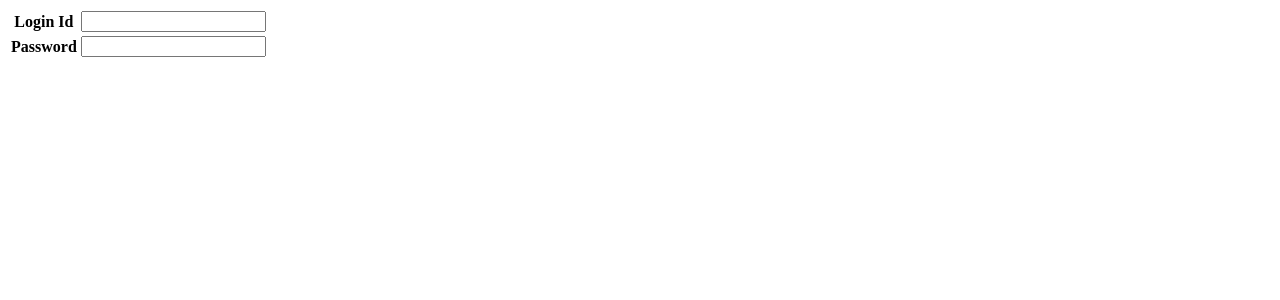
Repository: Ajay12Ajay/Advance_Java
Page: http://localhost/Advance_Web_Project/LoginView.jsp
The author's editor kept a copy of each file at every save. The page is drawn from the files as they stood at one save, then again after the next save.
The browser window is 1280 px wide. The pictures show the whole page.
The page is served by Tomcat 9. Other server files are loaded and not shown.

Above is the page before, as saved 2025-07-24 09:39:38.

### Advance_Java/Advance_Web_Project/WebContent/LoginView.jsp
<%@ page language="java" contentType="text/html; charset=UTF-8"
	pageEncoding="UTF-8"%>
<!DOCTYPE html>
<html>
<head>
<meta charset="UTF-8">
<title>Insert title here</title>
</head>
<body>

	<table>
		<tr>
			<th>Login Id</th>
			<td><input type="text" name="loginId"></td>
		</tr>

		<tr>
			<th>Password</th>
			<td><input type="text" name="password"></td>
		</tr>
	</table>

</body>
</html>

After the next save:
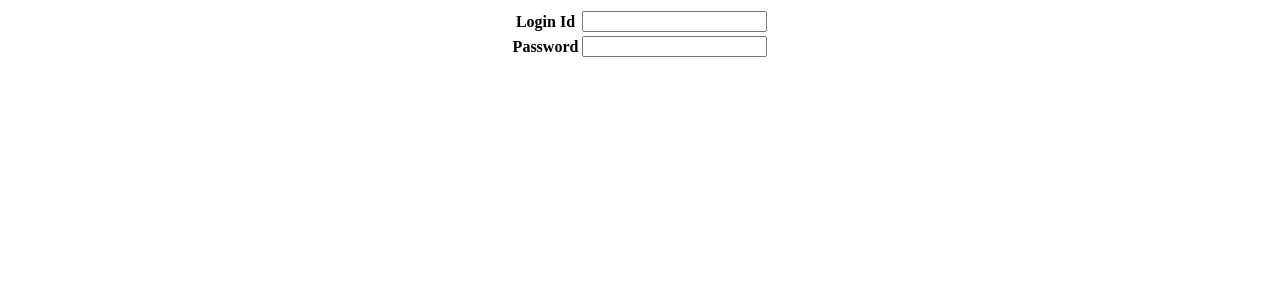
Saved 64 s later.
--- a/Advance_Java/Advance_Web_Project/WebContent/LoginView.jsp
+++ b/Advance_Java/Advance_Web_Project/WebContent/LoginView.jsp
@@ -8,17 +8,19 @@
 </head>
 <body>
 
-	<table>
-		<tr>
-			<th>Login Id</th>
-			<td><input type="text" name="loginId"></td>
-		</tr>
+	<div align="center">
+		<table>
+			<tr>
+				<th>Login Id</th>
+				<td><input type="text" name="loginId"></td>
+			</tr>
 
-		<tr>
-			<th>Password</th>
-			<td><input type="text" name="password"></td>
-		</tr>
-	</table>
+			<tr>
+				<th>Password</th>
+				<td><input type="text" name="password"></td>
+			</tr>
+		</table>
+	</div>
 
 </body>
 </html>
